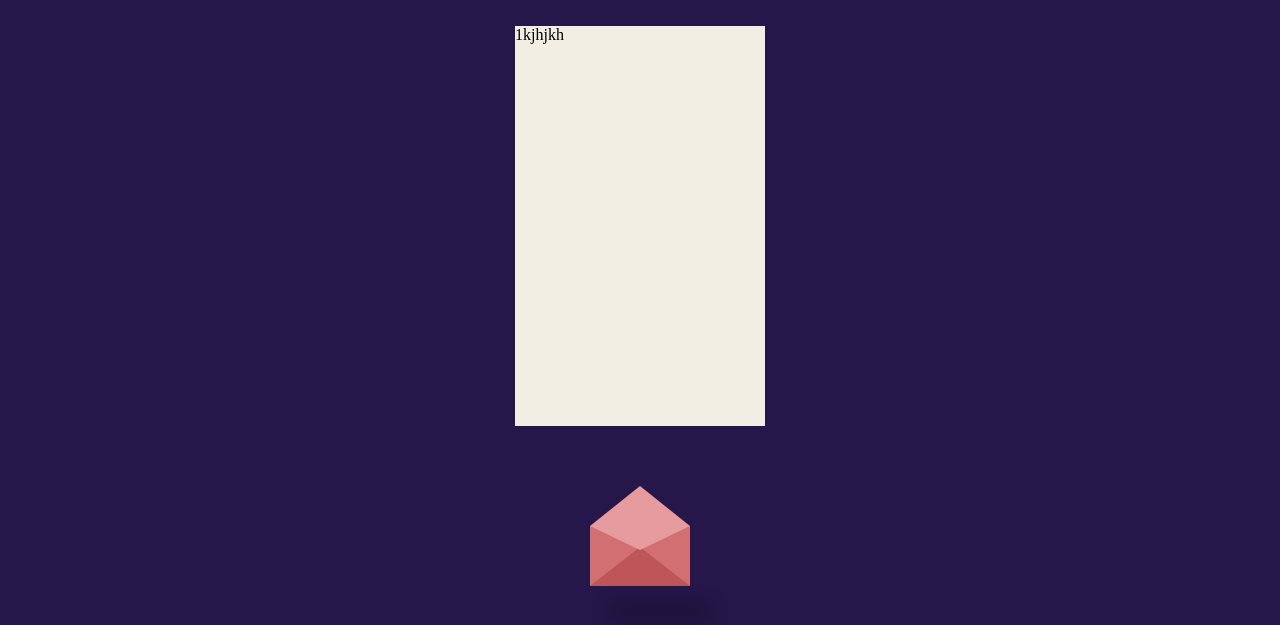
Repository: Dangtrinh28/letter
Page: index.html
An editor plug-in stored every save of this project. The page is shown before and after a run of saves, followed by the edit.
The browser window is 1280 px wide. The pictures show the whole page.
The first `input` is checked.

Above is the page before, as saved 2022-12-15 23:30:29.

After the next 4 saves:
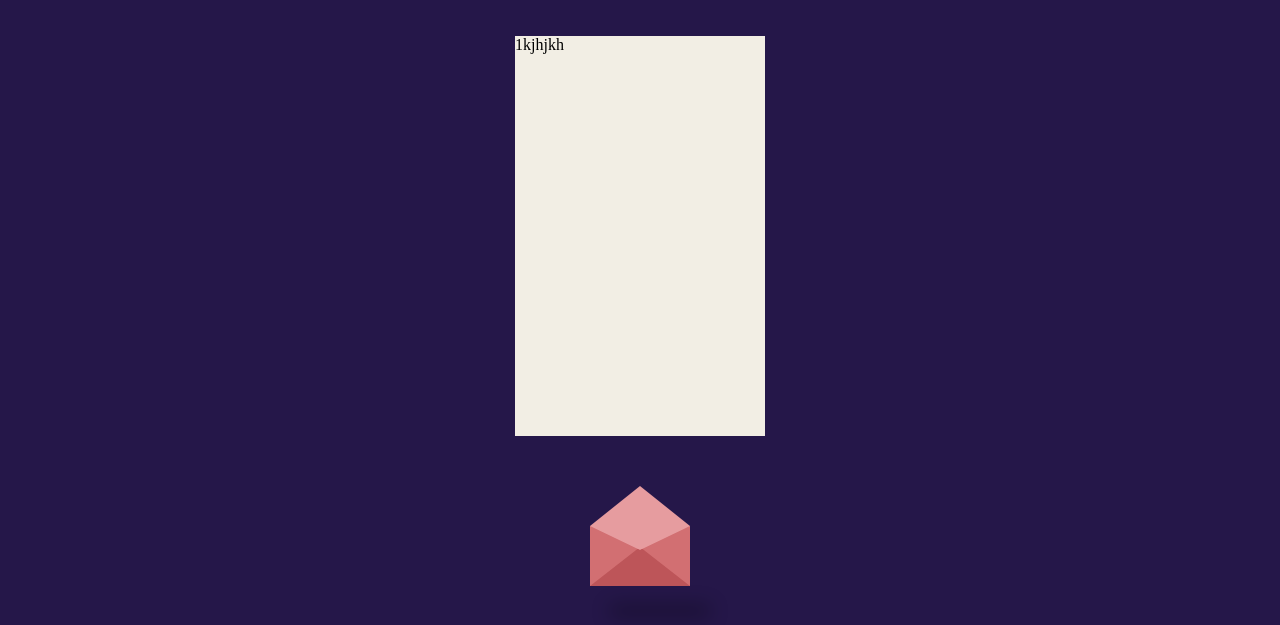
The 4 saves are shown as one change because they came seconds apart.
The last was saved 11 s later.
--- a/main.css
+++ b/main.css
@@ -75,5 +75,6 @@ input:checked ~ .content {
     width: 250px;
     height: 400px;
     margin: 0;
-    l
+    left: 50%;
+    transform: translate(-50%);
 }
